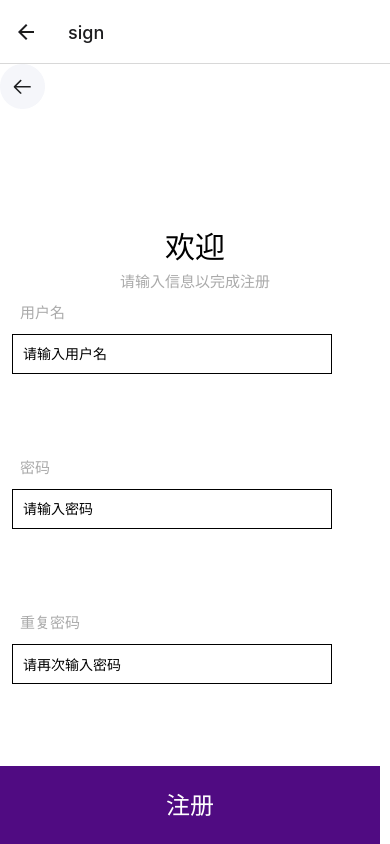
Repository: eyebone/barManager
Screen: /sign
The author's editor kept a copy of each file at every save. The screen is drawn from the files as they stood at one save, then again after the next save.
The app was drawn by React Native's web renderer in a window 390 px wide. The project was rebuilt for these pictures with package versions that can differ from the ones it lists, and the page was loaded fresh each time. Also part of the build but not shown: components/EmojiPicker.js, components/Button.js, components/ImageViewer.js, components/circleButton.js, components/IconButton.js, view/ViewOne.js.

Above is the screen before, as saved 2023-06-26 15:36:07.

### App.js
// In App.js in a new project

import * as React from "react";
import { Button, View, Text, StyleSheet, Pressable, Alert } from "react-native";
// import React-native from 'react-native';
import { NavigationContainer } from "@react-navigation/native";
import { createNativeStackNavigator } from "@react-navigation/native-stack";
import { ViewOne } from "./view/ViewOne";
import { SignView } from "./view/Sign";
import { LinearGradient } from "expo-linear-gradient";
import FontAwesome from "react-native-vector-icons/FontAwesome";
function HomeScreen({ navigation }) {
  return (
    <View style={styles.container}>
      <LinearGradient
        start={{ x: 0, y: 0 }}
        end={{ x: 1, y: 1 }}
        colors={["#5c0b82", "#480965", "#190641", "#070320", "#000000"]}
        style={styles.linearGradient}
      >
        <Text>Home Screen</Text>
        <Pressable
          style={(styles.button, { backgroundColor: "#faf2de" })}
          onPress={() => navigation.push("test")}
        >
          <FontAwesome name="home" size={26} style={{ paddingRight: 8 }} />
          <Text>go to detail</Text>
        </Pressable>

        <Button
          title="Go to Sign"
          onPress={() => navigation.navigate("sign")}
        />
        <Text style={styles.buttonText}>Sign in with Facebook</Text>
      </LinearGradient>
    </View>
  );
}

const Stack = createNativeStackNavigator();

function App() {
  return (
    <NavigationContainer style={styles.container}>
      <Stack.Navigator initialRouteName="Home">
        <Stack.Screen
          name="Home"
          component={HomeScreen}
          options={{ title: "Overview", backgroundColor: "transparent" }}
        />
        <Stack.Screen name="test" component={ViewOne} />
        <Stack.Screen name="sign" component={SignView} />
      </Stack.Navigator>
    </NavigationContainer>
  );
}

export default App;

const styles = StyleSheet.create({
  container: {
    flex: 1,
    flexDirection: "column",
    backgroundColor: "#000000",
    //    alignItems: 'center',
  },
  linearGradient: {
    height: 740,
  },
  button: {
    borderRadius: 10,
    width: 300,
    height: 30,
    alignItems: "center",
    justifyContent: "center",
    flexDirection: "row",
  },
});

### view/Sign.js
import { StatusBar } from "expo-status-bar";
import { StyleSheet, View, Text } from "react-native";
import Button from "../components/Button";
import ImageViewer from "../components/ImageViewer";
import * as ImagePicker from "expo-image-picker";
import { useState } from "react";
const PlaceholderImage = require("../assets/images/background-image.png");
import * as React from "react";
import {
  FlatList,
  Image,
  Platform,
  Pressable,
  PixelRatio,
  TextInput,
} from "react-native";
import { NavigationContainer } from "@react-navigation/native";
import { createNativeStackNavigator } from "@react-navigation/native-stack";

//import {Text } from 'react-native';

export function SignView({ navigation }) {
  const [value, onChangeText] = React.useState("");

  return (
    <View style={styles.container}>
      <Pressable onPress={() => navigation.push("Home")}>
        <Image source={require("../assets/bar/Back.png")} />
      </Pressable>

      <View style={styles.welcomeContainer}>
        <Text style={styles.welcomeText} numberOfLines={1}>
          欢迎
        </Text>
        <Text style={styles.infoText}>请输入信息以完成注册</Text>
      </View>
      <View style={styles.inputBar}>
        <Text style={styles.smallText}>用户名</Text>
        <TextInput
          maxLength={40}
          onChangeText={(text) => onChangeText(text)}
          value={value}
          style={styles.input}
          placeholder="请输入用户名"
        />
      </View>
      <View style={styles.inputBar}>
        <Text style={styles.smallText}>密码</Text>
        <TextInput style={styles.input} placeholder="请输入密码" />
      </View>
      <View style={styles.inputBar}>
        <Text editable style={styles.smallText}>
          重复密码
        </Text>
        <TextInput
          style={styles.input}
          placeholder="请再次输入密码"
          //          onChangeText={onChange}
        />
      </View>
      <View style={styles.footerContainer}>
        <Text style={styles.regText}>注册</Text>
      </View>

    </View>
  );
}

const styles = StyleSheet.create({
  container: {
    flex: 1,
    flexDirection: "column",
    backgroundColor: "#fff",
    //    alignItems: 'center',
  },
  welcomeContainer: {
    flex: 1,
    backgroundColor: "#fff",
    alignItems: "center",
    marginTop: 114,
    height: 60,
  },
  welcomeText: {
    fontSize: PixelRatio.getFontScale() * 30,
    //    fontFamily: STKaiti,
  },
  infoText: {
    color: "#aaa",
    fontSize: PixelRatio.getFontScale() * 15,
    lineHeight: 38,
  },
  imageContainer: {
    flex: 1,
    paddingTop: 58,
  },
  smallText: {
    fontSize: PixelRatio.getFontScale() * 15,
    color: "#aaa",
    marginLeft: 20,
  },
  footerContainer: {
    flex: 1,
    alignItems: "center",
    backgroundColor: "#500B82",
    width: 380,
    height: 57,
    bottom: 0,
    //      marginTop: 600,
    //      paddingTop: 737,
  },
  inputBar: {
    flex: 2,
    // borderBottomColor: "#000",
    // borderBottomWidth: 1,
  },
  regText: {
    fontSize: PixelRatio.getFontScale() * 24,
    color: "#fff",
    margin: 20,
  },
  input: {
    height: 40,
    margin: 12,
    borderWidth: 1,
    padding: 10,
    width: 320,
  },
});

After the next save:
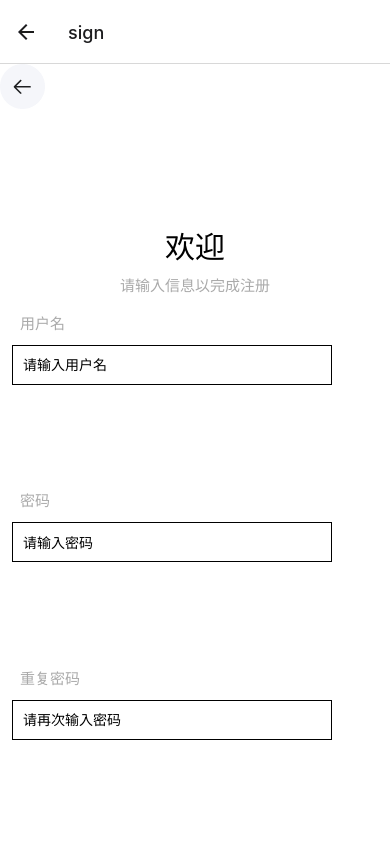
Saved 4 s later.
--- a/view/Sign.js
+++ b/view/Sign.js
@@ -58,9 +58,9 @@ export function SignView({ navigation }) {
           //          onChangeText={onChange}
         />
       </View>
-      <View style={styles.footerContainer}>
+      {/* <View style={styles.footerContainer}>
         <Text style={styles.regText}>注册</Text>
-      </View>
+      </View> */}
 
     </View>
   );
